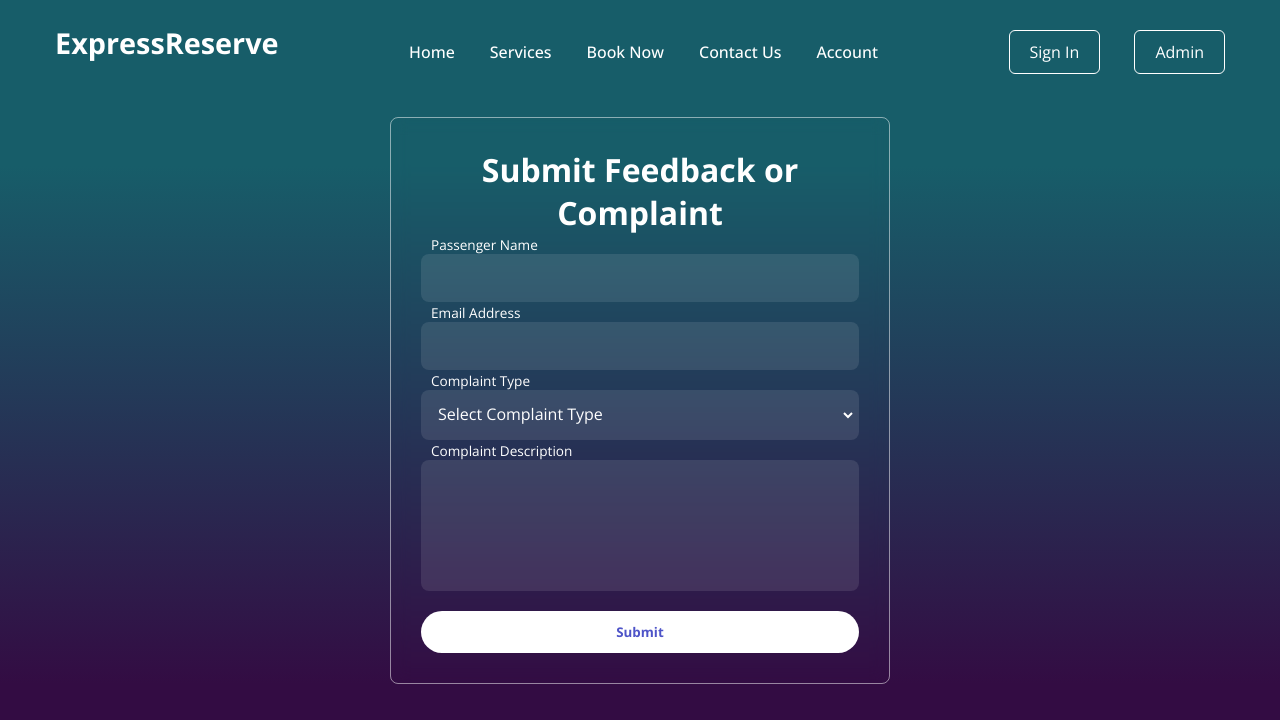
Repository: AmodhyaSharinda/Train-Reservation-system
Page: http://localhost/Train_reserve/ContactUs.jsp
These files come from the project's save history. The page is drawn as it stood at one moment and after the next save; the edit follows.
The browser window is 1280 px wide. The pictures show the whole page.
The page is served by Tomcat 9.

Above is the page before, as saved 2024-10-08 08:19:28.

After the next save:
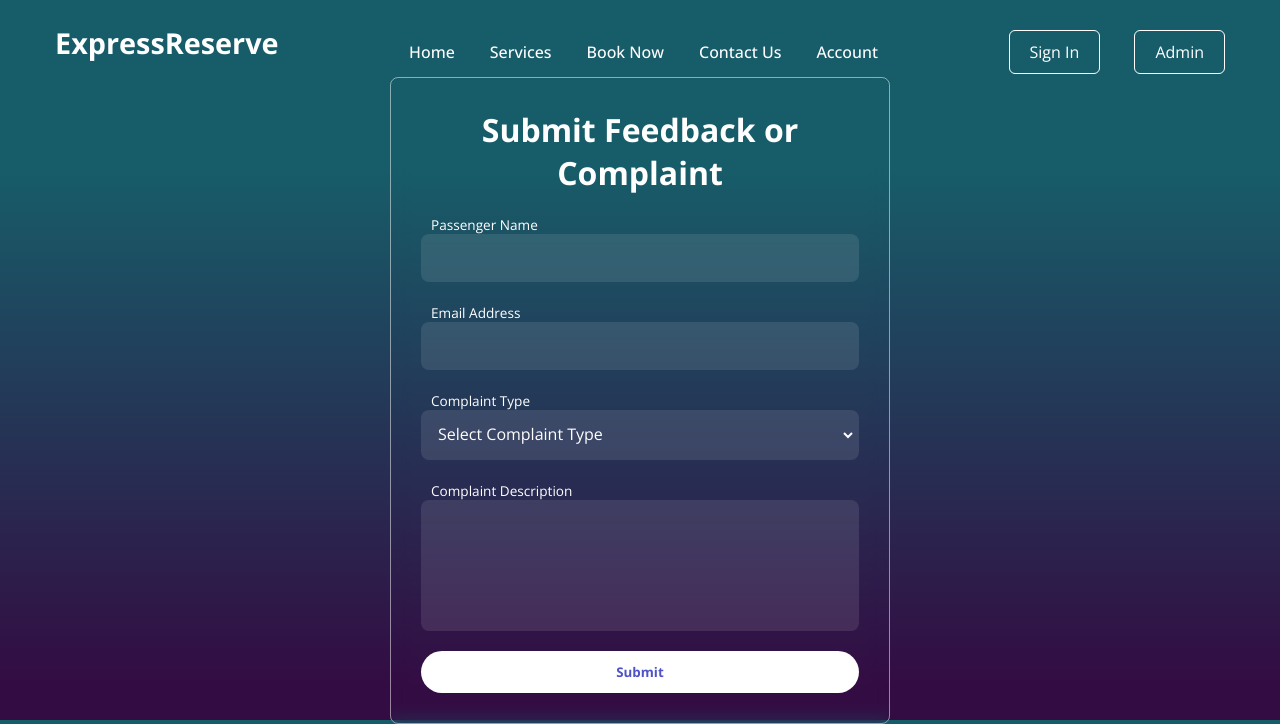
Saved 28 s later.
--- a/Train reserve/src/main/webapp/ContactUs.jsp
+++ b/Train reserve/src/main/webapp/ContactUs.jsp
@@ -52,6 +52,7 @@
     background: rgba(255, 255, 255, 0.1);
     border-radius: 8px;
     transition: background 0.3s ease;
+    margin-top: 40px;
 }
 
 .input-field label {

After the save that followed:
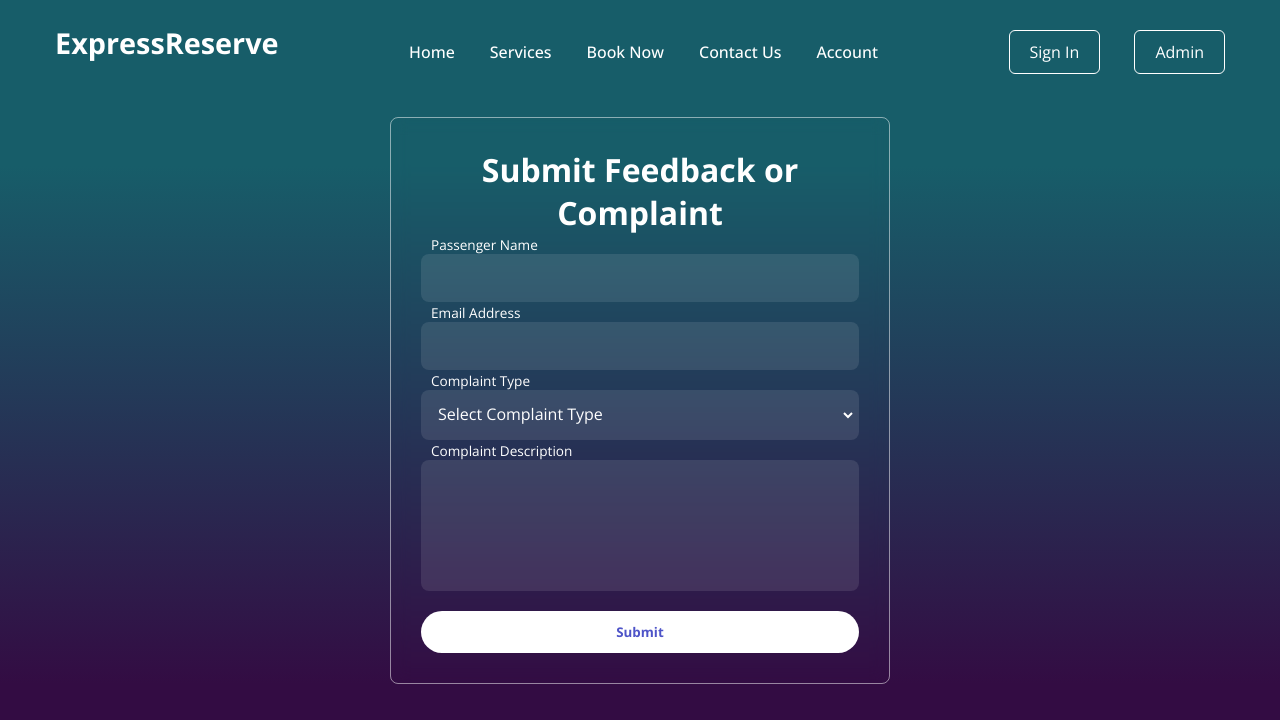
Saved 15 s later.
--- a/Train reserve/src/main/webapp/ContactUs.jsp
+++ b/Train reserve/src/main/webapp/ContactUs.jsp
@@ -52,7 +52,7 @@
     background: rgba(255, 255, 255, 0.1);
     border-radius: 8px;
     transition: background 0.3s ease;
-    margin-top: 40px;
+    margin-top: 20px;
 }
 
 .input-field label {
